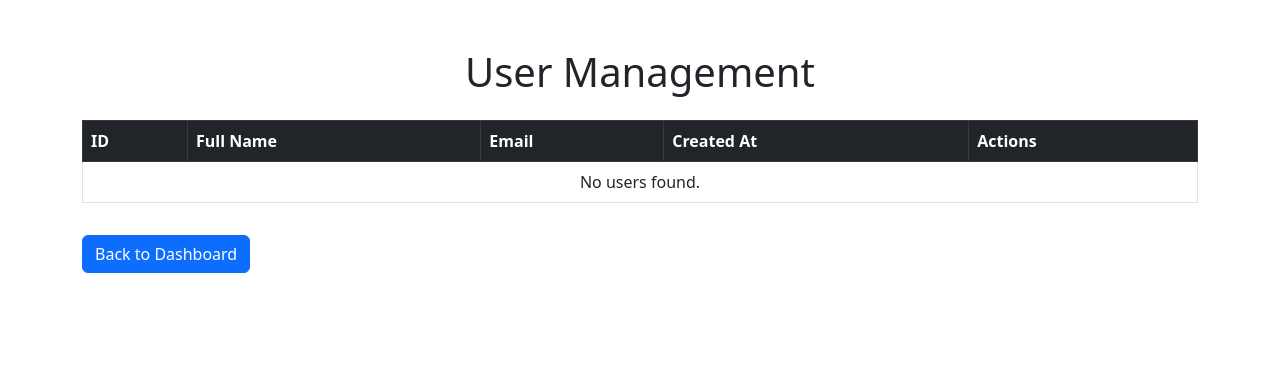
Repository: himanshu2k23/HoteMate
Page: http://localhost/HotelMate/WEB-INF/admin/users.jsp
These files come from the project's save history. The page is drawn as it stood at one moment and after the next save; the edit follows.
The browser window is 1280 px wide. The pictures show the whole page.
The page is served by Tomcat 10. Nobody is signed in. The template is opened directly, without the code that normally fills it, so the values that code supplies are empty.

Above is the page before, as saved 2025-01-17 17:17:46.

After the next save:
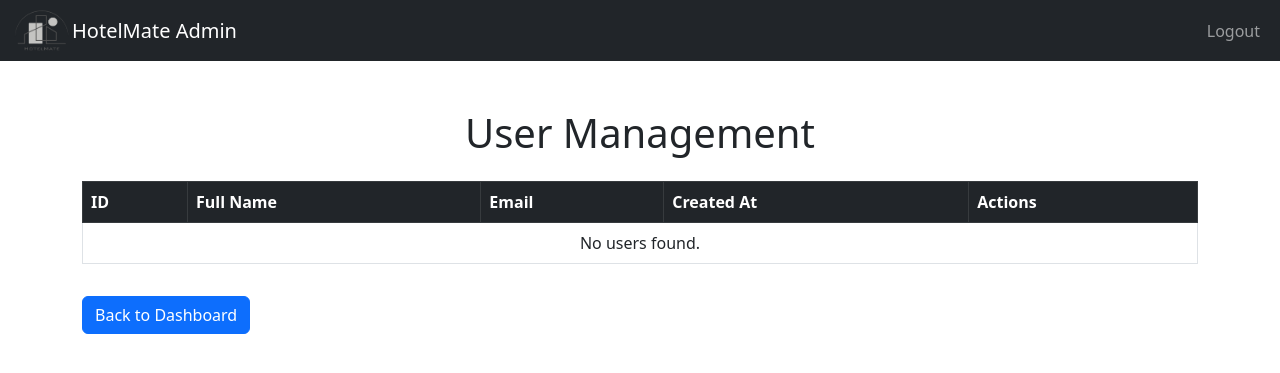
Saved 6 min 23 s later.
--- a/HotelMate/src/main/webapp/WEB-INF/admin/users.jsp
+++ b/HotelMate/src/main/webapp/WEB-INF/admin/users.jsp
@@ -8,7 +8,27 @@
 <link rel="stylesheet"
 	href="https://cdn.jsdelivr.net/npm/bootstrap@5.3.0/dist/css/bootstrap.min.css">
 </head>
-<body>
+<body><nav class="navbar navbar-expand-lg navbar-dark bg-dark">
+		<div class="container-fluid">
+			<img src="http://localhost:8080/HotelMate/Images/HotelmateLogo.png"
+				alt="HotelMate Logo" width="60" height="45" class="d-inline-block">
+			<a class="navbar-brand" href="#">HotelMate Admin</a>
+			<button class="navbar-toggler" type="button"
+				data-bs-toggle="collapse" data-bs-target="#navbarNav"
+				aria-controls="navbarNav" aria-expanded="false"
+				aria-label="Toggle navigation">
+				<span class="navbar-toggler-icon"></span>
+			</button>
+			<div class="collapse navbar-collapse" id="navbarNav">
+				<ul class="navbar-nav ms-auto">
+					<li class="nav-item"><a class="nav-link"
+						href="${pageContext.request.contextPath}/admin/logout">Logout</a>
+					</li>
+				</ul>
+			</div>
+		</div>
+	</nav>
+
 	<div class="container mt-5">
 		<h1 class="text-center mb-4">User Management</h1>
 		<div class="table-responsive">
